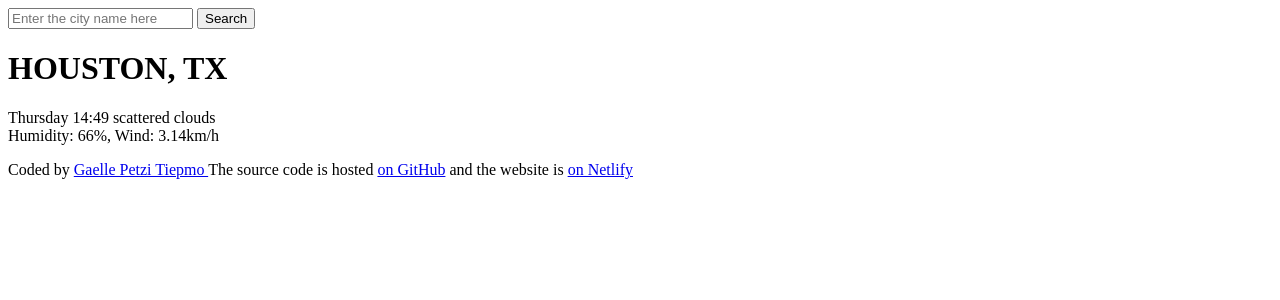
Repository: OnwardForward/meteo.by.gaelle
Page: meteo.appbygaelle.html
The author's editor kept a copy of each file at every save. The page is drawn from the files as they stood at one save, then again after the next save.
The browser window is 1280 px wide. The pictures show the whole page.

Above is the page before, as saved 2024-04-18 13:58:05.

After the next save:
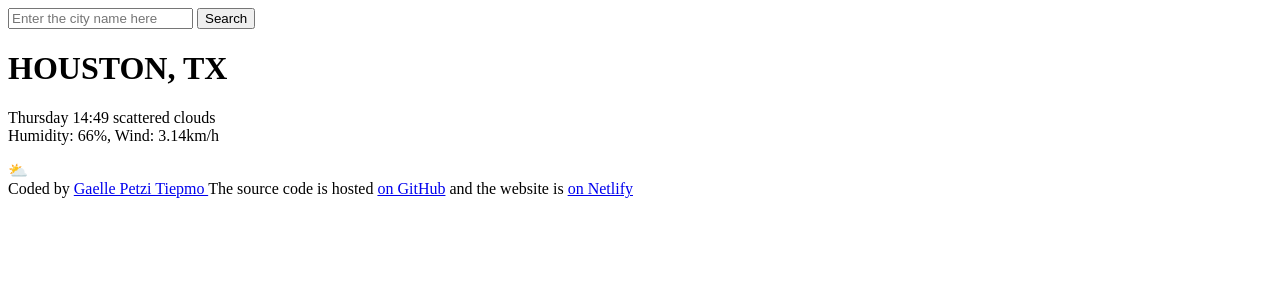
Saved 15 s later.
--- a/meteo.appbygaelle.html
+++ b/meteo.appbygaelle.html
@@ -21,7 +21,7 @@
             Humidity: 66%, Wind: 3.14km/h
         </p>
     </div>
-    <div></div>
+    <div>⛅</div>
    </main>
 
 
